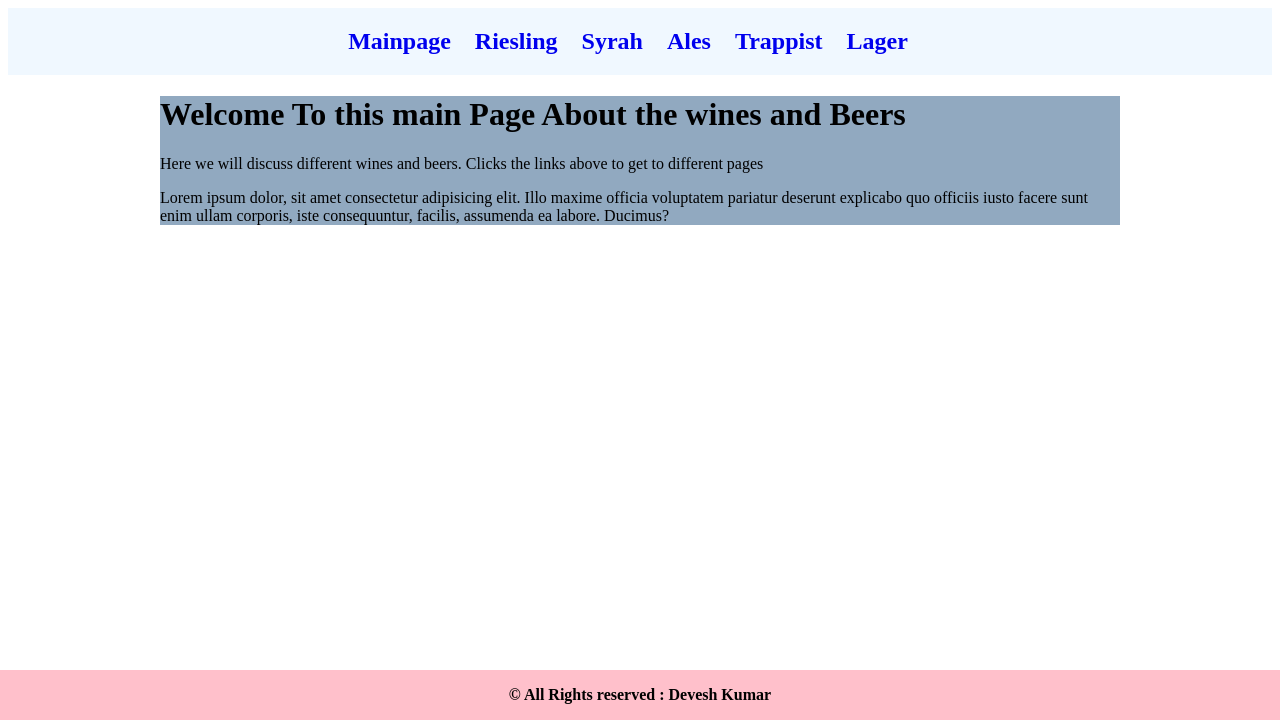
Repository: portretrieve/react-practice
Page: /
An editor plug-in stored every save of this project. The page is shown before and after the next save, followed by the edit.
The browser window is 1280 px wide. The pictures show the whole page.
The project was rebuilt for these pictures with package versions that can differ from the ones it lists, and the page was loaded fresh each time. Also part of the build but not shown: src/wines/Riesling.js, src/wines/Syrah.js, src/beers/Ale.js, src/beers/Lager.js, src/beers/Trappist.js.

Above is the page before, as saved 2021-08-26 19:52:39.

### src/index.css
html {
    box-sizing: border-box;
    margin: 0;
    padding: 0;
}

### src/App.js
import { BrowserRouter, Route, Redirect, Switch } from "react-router-dom";

import Riesling from "./wines/Riesling";
import Syrah from "./wines/Syrah";
import Ale from "./beers/Ale";
import Lager from "./beers/Lager";
import Trappist from "./beers/Trappist";

import Header from "./navigation/Header";
import Footer from "./navigation/Footer";
import MainPage from "./MainPage";
import CenterContent from "./Util/CenterContent";

function App() {
  return (
    <BrowserRouter>
      <Header />
      <Switch>
        <Route path="/" exact>
          <CenterContent>
            <MainPage />
          </CenterContent>
        </Route>
        <Route path="/wines" exact>
          <Riesling />
        </Route>
        <Route path="/wines/syrah" exact>
          <Syrah />
        </Route>
        <Route path="/beers/ale" exact>
          <Ale />
        </Route>
        <Route path="/beers/trappist" exact>
          <Trappist />
        </Route>
        <Route path="/beers/lager" exact>
          <Lager />
        </Route>
        <Redirect to="/" />
      </Switch>
      <Footer />
    </BrowserRouter>
  );
}

export default App;

### src/navigation/Header.js
import React from "react";
import classes from "./header.module.css";
import { Link } from "react-router-dom";

function Header() {
  return (
    <header className={classes.header}>
      <nav>
        <h2>
          <a href="/">Mainpage</a>
        </h2>
        <h2>
          <a href="/wines">Riesling</a>
        </h2>
        <h2>
          <a href="/wines/syrah">Syrah</a>
        </h2>
        <h2>
          <a href="/beers/ale">Ales</a>
        </h2>
        <h2>
          <a href="/beers/trappist">Trappist</a>
        </h2>
        <h2>
          <a href="/beers/lager">Lager</a>
        </h2>
      </nav>
    </header>
  );
}

export default Header;

### src/navigation/Footer.js
import React from "react";
import classes from "./footer.module.css";

function Footer() {
  return (
    <footer className={classes.center}>
      <p>&copy; All Rights reserved : Devesh Kumar</p>
    </footer>
  );
}

export default Footer;

### src/MainPage.js
import React from "react";

function MainPage() {
  return (
    <div>
      <h1>Welcome To this main Page About the wines and Beers</h1>
      <p>
        Here we will discuss different wines and beers. Clicks the links above
        to get to different pages
      </p>
      <p>
        Lorem ipsum dolor, sit amet consectetur adipisicing elit. Illo maxime
        officia voluptatem pariatur deserunt explicabo quo officiis iusto facere
        sunt enim ullam corporis, iste consequuntur, facilis, assumenda ea
        labore. Ducimus?
      </p>
    </div>
  );
}

export default MainPage;

### src/Util/CenterContent.js
import React from "react";
import classes from "./centerContent.module.css";

function CenterContent(props) {
  return <div className={classes.container}>{props.children}</div>;
}

export default CenterContent;

### src/navigation/header.module.css
.header {
    text-align: center;
    background-color: aliceblue;
}

h2 {
    display: inline-block;
    margin-right: 1em;
}

a {
    text-decoration: none;
}

### src/navigation/footer.module.css
.center {
    text-align: center;
    background-color: pink;
    font-weight: 700;
    position: fixed;
    bottom: 0;
    left: 0;
    right: 0;
    margin: 0;
    padding: 0;
}

### src/Util/centerContent.module.css
.container {
    max-width: 960px;
    width: 80%;
    margin: 0 auto;
    background-color: rgb(145, 169, 192);
}

Loaded but not shown: public/index.html (common file); src/index.js (common file)

After the next save:
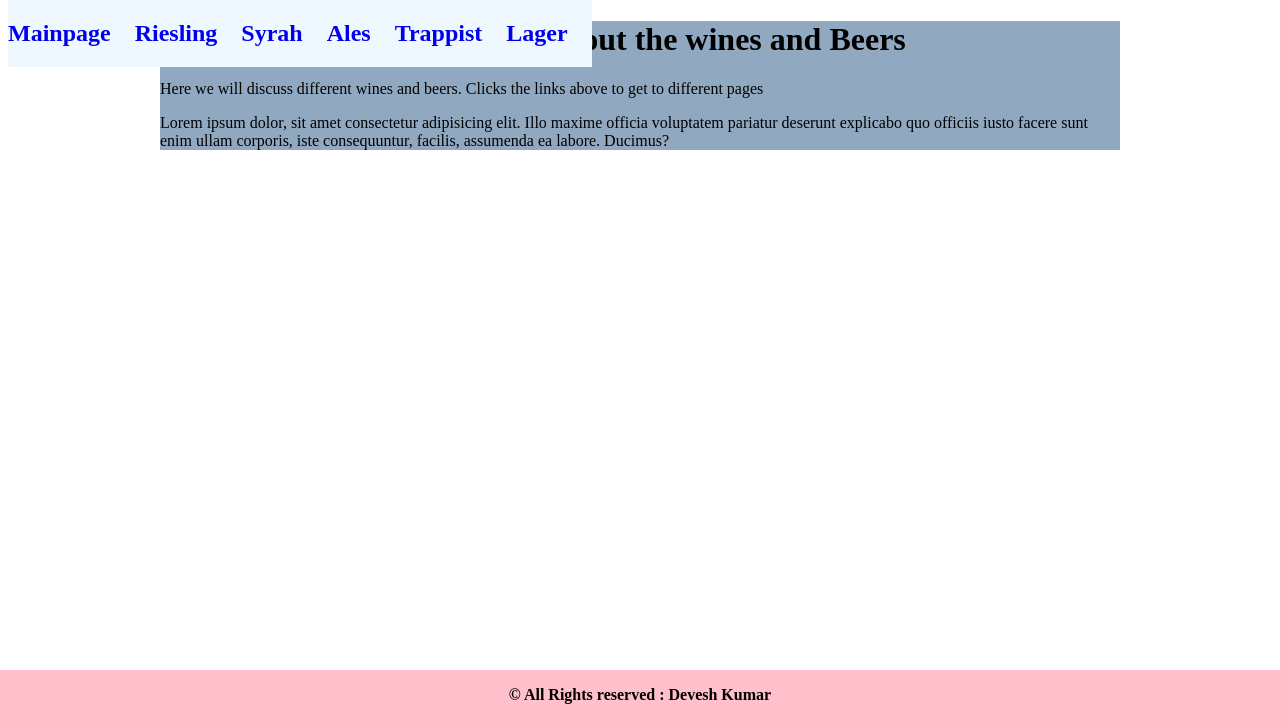
Saved 29 s later.
--- a/src/navigation/header.module.css
+++ b/src/navigation/header.module.css
@@ -1,6 +1,8 @@
 .header {
     text-align: center;
     background-color: aliceblue;
+    position: fixed;
+    top: 0;
 }
 
 h2 {
